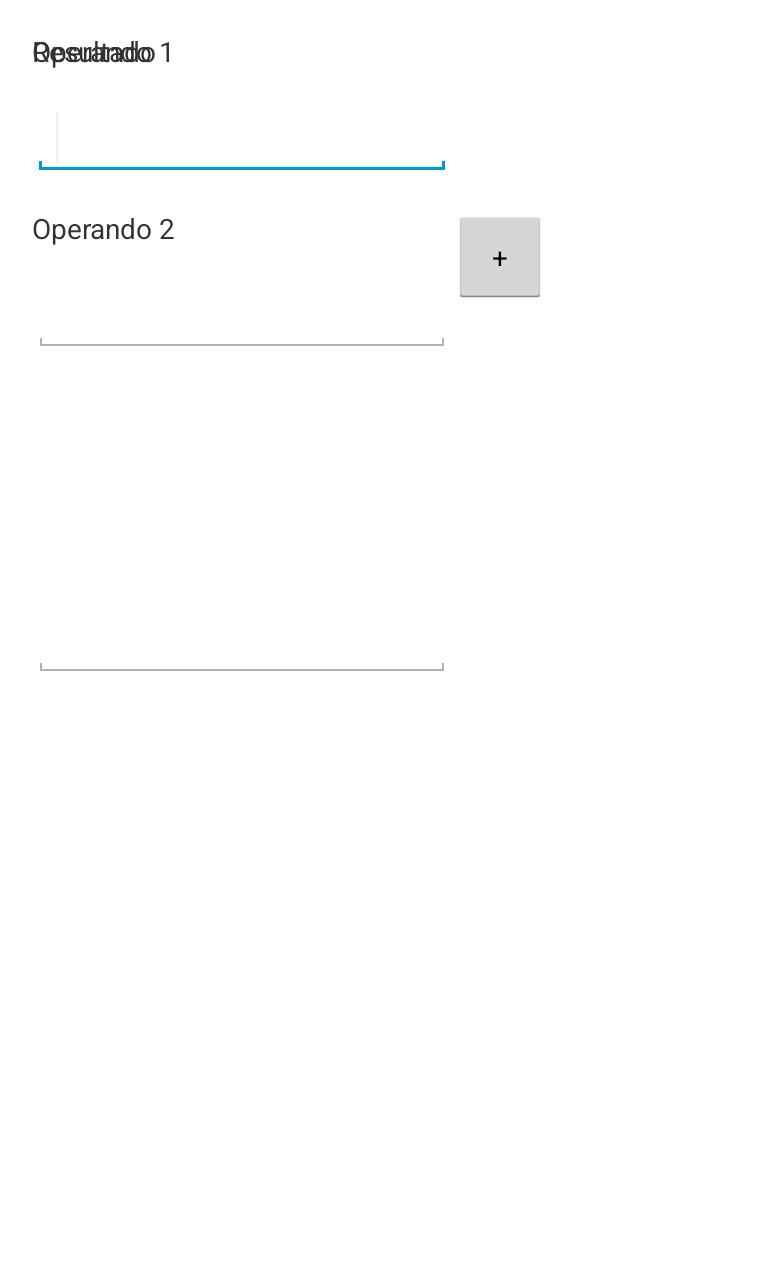
Repository: paullfull21/pmdm
Layout: ResultadoSuma/res/layout/activity_main.xml
These files come from the project's save history. The layout is drawn as it stood at one moment and after the next save; the edit follows.
It is drawn on a 768 x 1280 px phone screen (xhdpi) without system bars, with theme AppTheme; the app's code is not run.

Above is the layout before, as saved 2013-10-09 06:49:01.

After the next save:
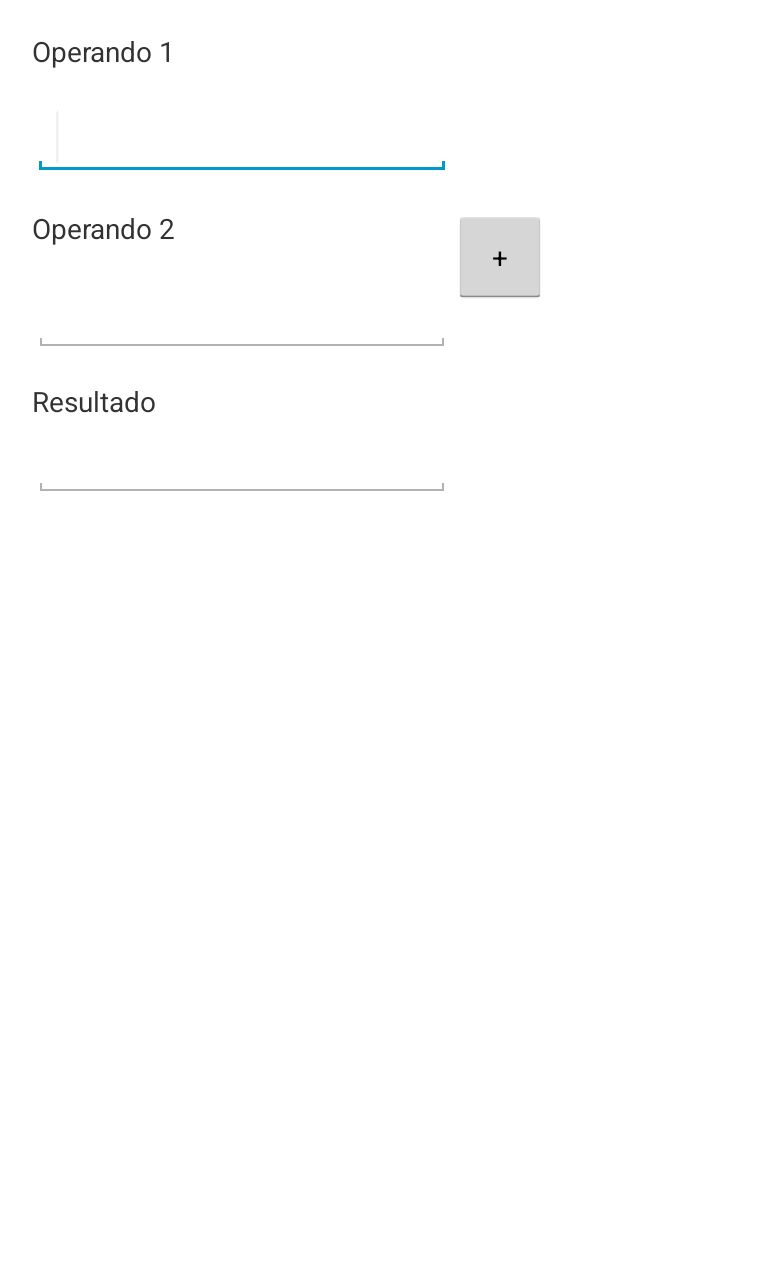
Saved 16 s later.
--- a/ResultadoSuma/res/layout/activity_main.xml
+++ b/ResultadoSuma/res/layout/activity_main.xml
@@ -57,19 +57,21 @@
         android:layout_toRightOf="@+id/operandoDos"
         android:text="@string/boton_suma" />
 
+    <TextView
+        android:id="@+id/textView3"
+        android:layout_width="wrap_content"
+        android:layout_height="wrap_content"
+        android:layout_alignLeft="@+id/operandoDos"
+        android:layout_below="@+id/operandoDos"
+        android:layout_marginTop="14dp"
+        android:text="@string/resultado" />
+
     <EditText
         android:id="@+id/resultadoOperacion"
         android:layout_width="wrap_content"
         android:layout_height="wrap_content"
-        android:layout_centerVertical="true"
+        android:layout_below="@+id/textView3"
         android:layout_toLeftOf="@+id/buttonSuma"
         android:ems="10" />
 
-    <TextView
-        android:id="@+id/textView3"
-        android:layout_width="wrap_content"
-        android:layout_height="wrap_content"
-        android:layout_above="@+id/editText1"
-        android:text="@string/resultado" />
-
 </RelativeLayout>
